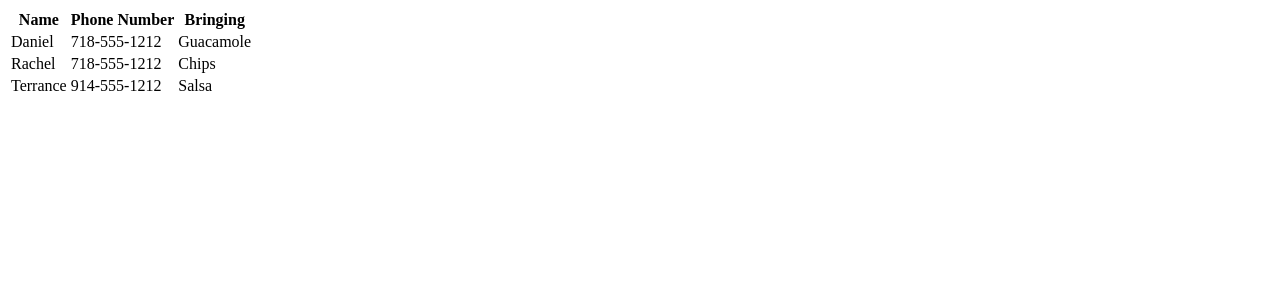
Repository: NthigaDenis/example-repository
Page: phase-0-html-tables-lab/index.html
These files come from the project's save history. The page is drawn as it stood at one moment and after the next save; the edit follows.
The browser window is 1280 px wide. The pictures show the whole page.

Above is the page before, as saved 2022-08-01 09:52:25.

After the next save:
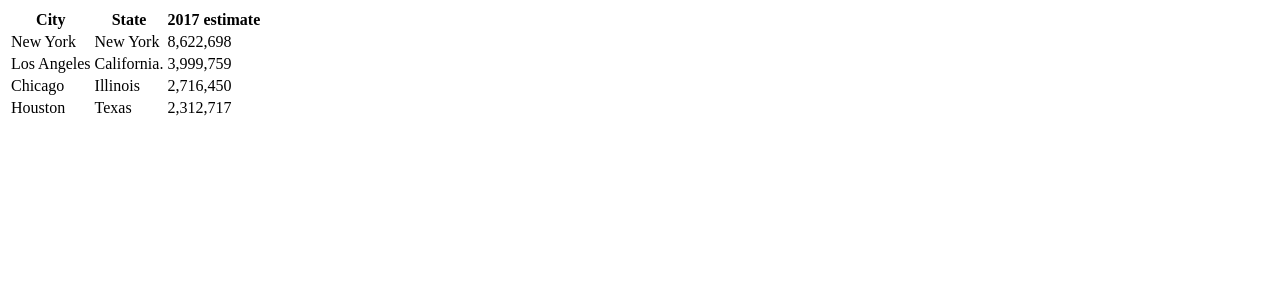
Saved 50 min 16 s later.
--- a/phase-0-html-tables-lab/index.html
+++ b/phase-0-html-tables-lab/index.html
@@ -9,34 +9,35 @@
 </head>
 
 <body>
-  <table>
-    <tr></tr>
-    <tr></tr>
-    <tr></tr>
-    <tr></tr>
-  </table>
+
   <table>
     <tr>
-      <th>Name</th>
-      <th>Phone Number</th>
-      <th>Bringing</th>
+      <th>City</th>
+      <th>State</th>
+      <th>2017 estimate</th>
     </tr>
     <tr>
-      <td>Daniel</td>
-      <td>718-555-1212</td>
-      <td>Guacamole</td>
+      <td>New York</td>
+      <td>New York</td>
+      <td>8,622,698</td>
     </tr>
     <tr>
-      <td>Rachel</td>
-      <td>718-555-1212</td>
-      <td>Chips</td>
+      <td>Los Angeles</td>
+      <td>California.</td>
+      <td>3,999,759</td>
     </tr>
     <tr>
-      <td>Terrance</td>
-      <td>914-555-1212</td>
-      <td>Salsa</td>
+      <td>Chicago</td>
+      <td>Illinois</td>
+      <td>2,716,450</td>
+    </tr>
+    <tr>
+      <td>Houston</td>
+      <td>Texas</td>
+      <td> 2,312,717</td>
     </tr>
   </table>
+
 
 </body>
 
